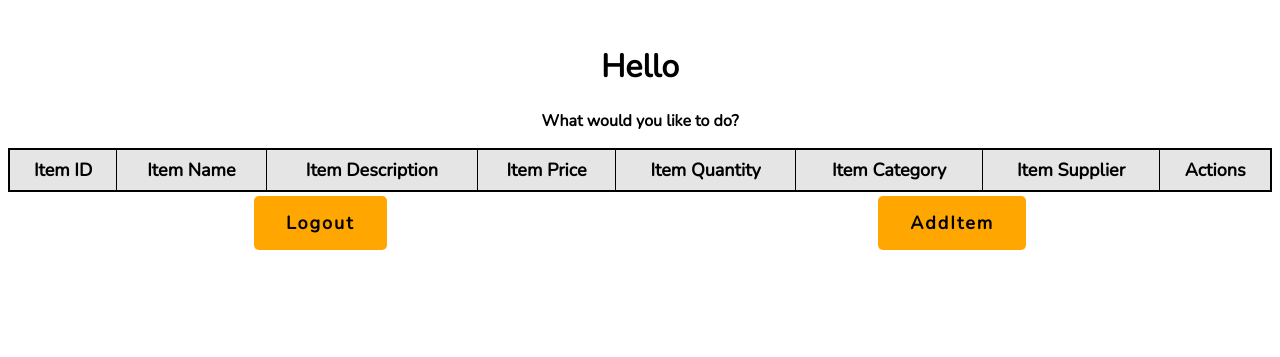
Repository: arshad-shah/Software-enginnering-3-software-patterns
Page: http://localhost/InventorySystemApp/inventory.jsp
The author's editor kept a copy of each file at every save. The page is drawn from the files as they stood at one save, then again after the next save.
The browser window is 1280 px wide. The pictures show the whole page.
The page is served by Tomcat 9.

Above is the page before, as saved 2021-11-23 11:34:53.

After the next save:
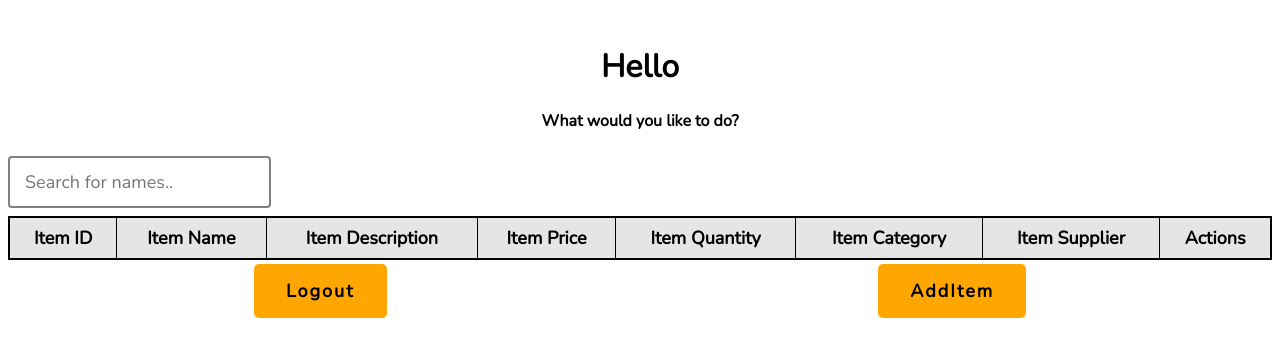
Saved 119 s later.
--- a/workspace/InventorySystemApp/WebContent/inventory.jsp
+++ b/workspace/InventorySystemApp/WebContent/inventory.jsp
@@ -20,7 +20,7 @@ pageEncoding="ISO-8859-1"%>
     <h1><b>Hello <c:out value="${user}" /></b></h1>
     	<b>What would you like to do?</b>
     </div>
-
+	<input class="input" type="text" id="myInput" onkeyup="myFunction()" placeholder="Search for names.." title="Type in a name">
     <!-- fill out the table with the inventory from sessionScope -->
     <table border="1">
       <tr>
